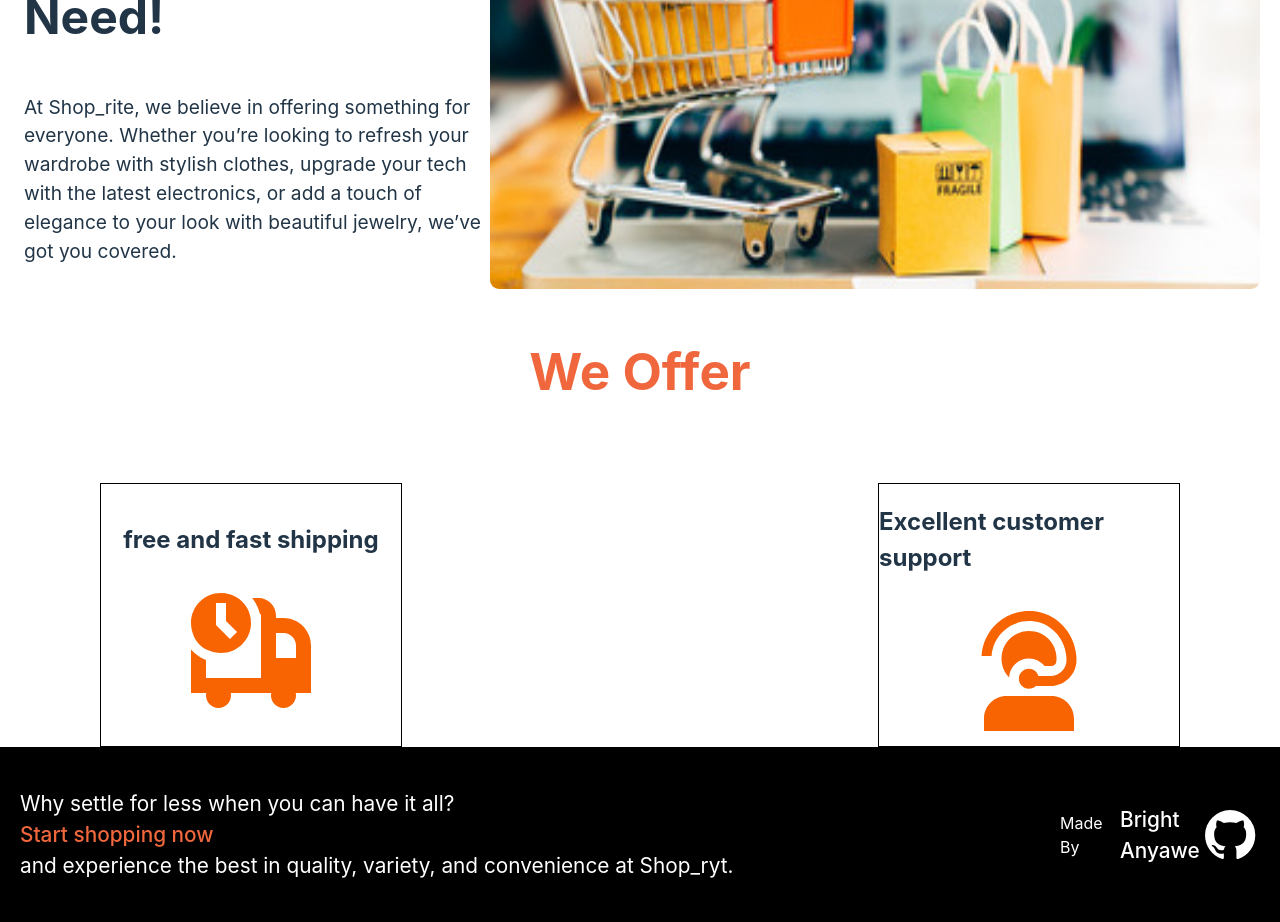
Repository: Bright-Anyawe/Shopping_cart
Page: /
These files come from the project's save history. The page is drawn as it stood at one moment and after the next save; the edit follows.
The browser window is 1280 px wide. The pictures show the part of the page from y = 1124 to 2076 px (the page is 2046 px tall before and 2076 px after).
The page's requests for data from a server got no answer. The project was rebuilt for these pictures with package versions that can differ from the ones it lists, and the page was loaded fresh each time. No one was signed in, and anything a server would have sent is missing. Also part of the build but not shown: vite.config.js, src/Components/Layout/Shop.jsx, src/Components/Categories/MenClothing.jsx, src/Components/Categories/WomenClothing.jsx, src/Components/Categories/Electronics.jsx, src/Components/Categories/Jewelry.jsx, src/Components/Features/Delete.jsx, src/Components/Layout/Quantity Summery.jsx.

Above is the page before, as saved 2024-10-28 13:13:15.

After the next save:
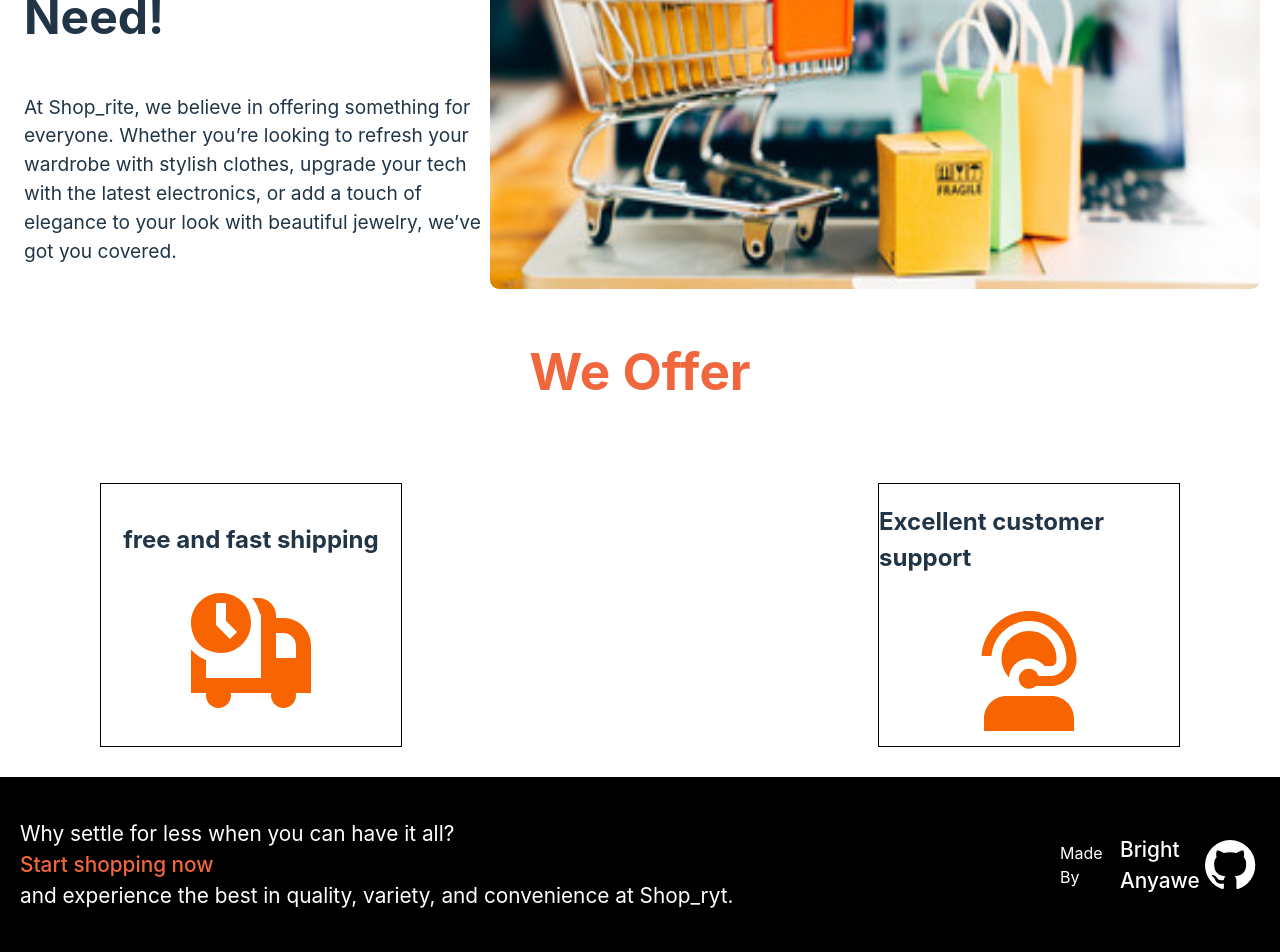
Saved 34 s later.
--- a/src/Components/Styles/layout.css
+++ b/src/Components/Styles/layout.css
@@ -218,6 +218,13 @@ aside h2 {
   font-size: 1.8rem;
 }
 
+.ourOfferSubContainer {
+    display: flex;
+    justify-content: space-between;
+    padding-inline: 100px;
+    margin: 0 0 30px 0;
+  }
+
 .itemsContainer {
   display: flex;
   flex-direction: row;
